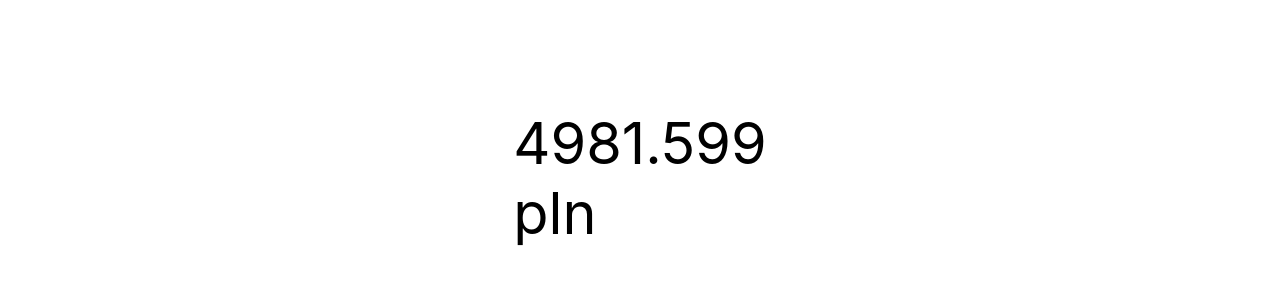
Repository: michalgornicki/bitcoin-virtual
Page: /
An editor plug-in stored every save of this project. The page is shown before and after the next save, followed by the edit.
The browser window is 1280 px wide. The pictures show the whole page.
The project was rebuilt for these pictures with package versions that can differ from the ones it lists, and the page was loaded fresh each time.

Above is the page before, as saved 2021-12-05 20:28:14.

After the next save:
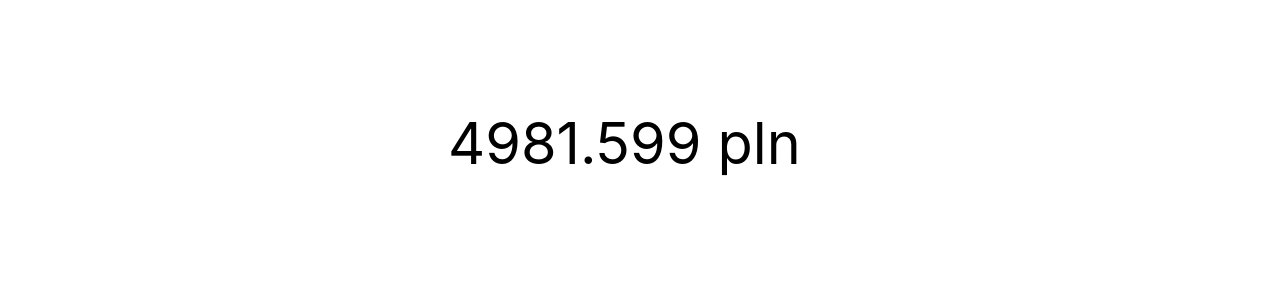
Saved 9 s later.
--- a/src/App.css
+++ b/src/App.css
@@ -3,5 +3,5 @@
     display: block;
     margin: auto;
     margin-top: 15vmin;
-    width: min-content;
+    width: 30%;
 }
